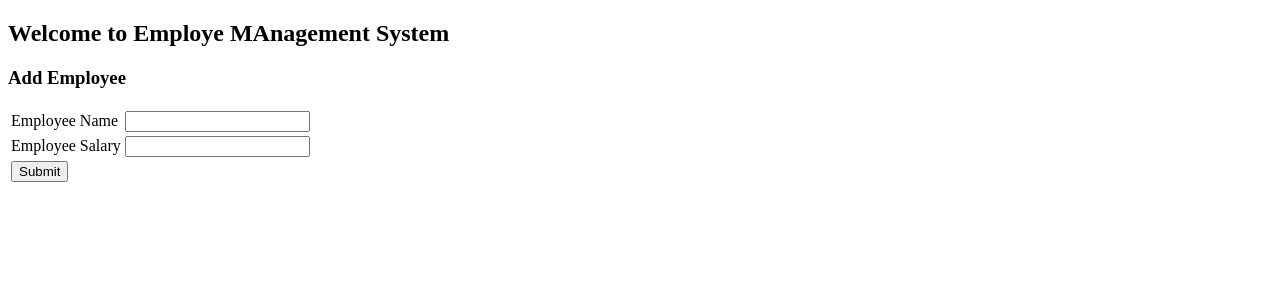
Repository: aamir5773/Spring
Page: http://localhost/SpringMvcEmployeeManagement-1WithJdbc/addEmployeePage
The author's editor kept a copy of each file at every save. The page is drawn from the files as they stood at one save, then again after the next save.
The browser window is 1280 px wide. The pictures show the whole page.
The page is served by Tomcat 9.

Above is the page before, as saved 2019-11-14 06:59:50.

After the next save:
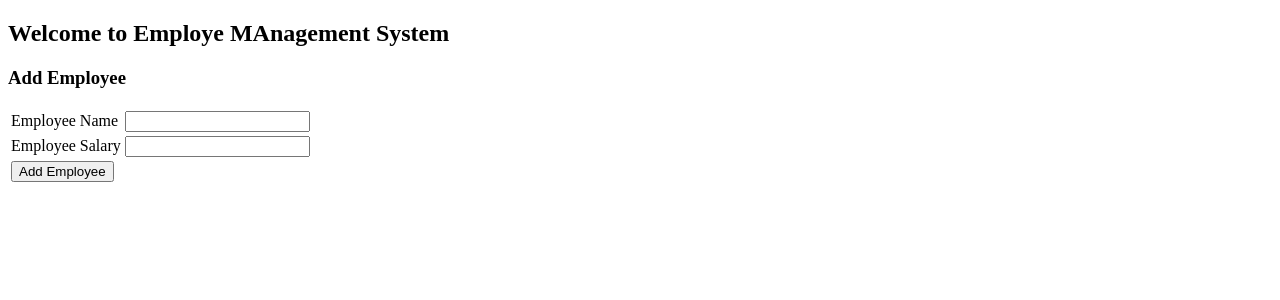
Saved 13 s later.
--- a/SpringMvcEmployeeManagement-1WithJdbc/WebContent/WEB-INF/pages/AddEmployee.jsp
+++ b/SpringMvcEmployeeManagement-1WithJdbc/WebContent/WEB-INF/pages/AddEmployee.jsp
@@ -20,7 +20,7 @@
 	<td><input type="text" name="employeeSalary"></td>
 	</tr>
 	<tr>
-	<td><input type="submit" name="employeeName"></td>
+	<td><input type="submit" value="Add Employee"></td>
 	</tr>
 
 	</table>
